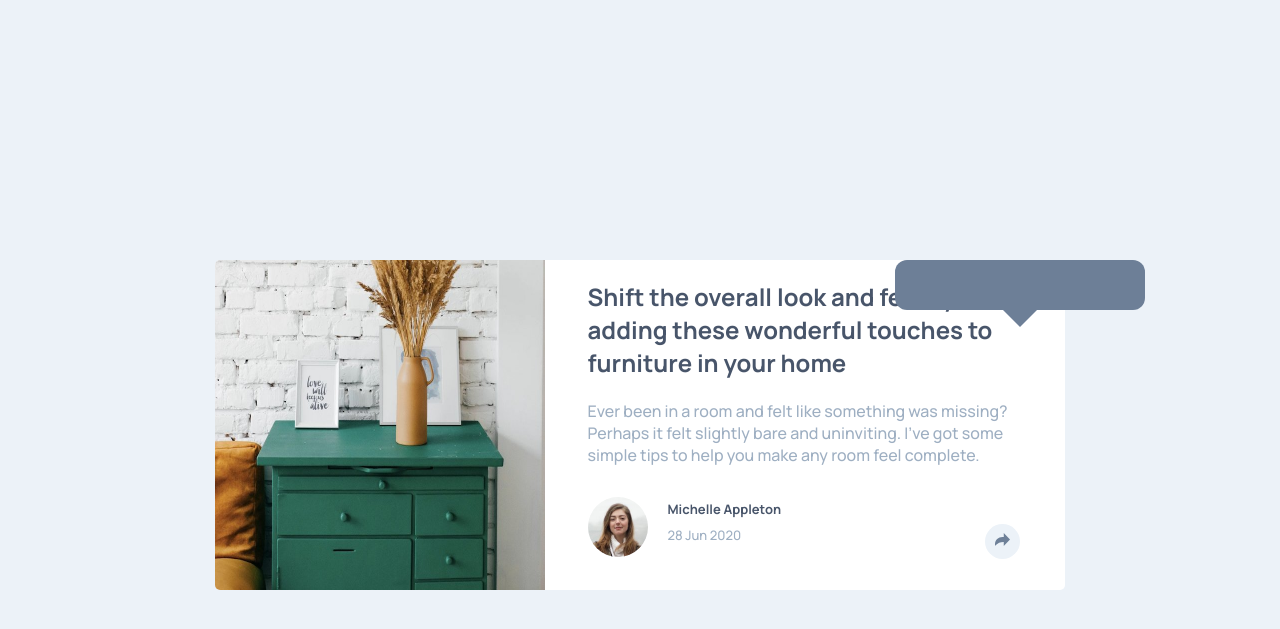
Repository: ricky603/training-css
Page: article-preview-component-master/index.html
An editor plug-in stored every save of this project. The page is shown before and after the next save, followed by the edit.
The browser window is 1280 px wide. The pictures show the whole page.

Above is the page before, as saved 2020-09-09 10:05:49.

### article-preview-component-master/index.html
<!DOCTYPE html>
<html lang="en">

<head>
    <meta charset="UTF-8">
    <meta name="viewport" content="width=device-width, initial-scale=1.0">
    <!-- displays site properly based on user's device -->

    <link rel="icon" type="image/png" sizes="32x32" href="./images/favicon-32x32.png">
    <link rel="stylesheet" href="./styles.css">
    <link href="https://fonts.googleapis.com/css2?family=Manrope:wght@500;700&display=swap" rel="stylesheet">

    <title>Frontend Mentor | Article preview component</title>

    <!-- Feel free to remove these styles or customise in your own stylesheet 👍 -->
</head>

<body>
    <div class="article">
        <div id="image">
            <img src="./images/drawers.jpg" class="drawer">
        </div>

        <div class="post">
            <div class="head">
                <h2>Shift the overall look and feel by adding these wonderful touches to furniture in your home</h2>
            </div>
            <div class="body">
                <p>Ever been in a room and felt like something was missing? Perhaps it felt slightly bare and uninviting. I’ve got some simple tips to help you make any room feel complete.</p>
            </div>
            <div class="avatar">
                <img src="./images/avatar-michelle.jpg" class="profile">
                <div class="profile-name">
                    <p class="name">Michelle Appleton</p>
                    <p class="date">28 Jun 2020</p>
                </div>
            </div>
            <div class="share">
                <img src="./images/icon-share.svg" class="icon">
            </div>
        </div>
        <div class="speech-bubble">

        </div>
    </div>


</body>

</html>

<!--

  Ever been in a room and felt like something was missing? Perhaps
  it felt slightly bare and uninviting. I’ve got some simple tips
  to help you make any room feel complete.

  Michelle Appleton
  28 Jun 2020

  Share -->

### article-preview-component-master/styles.css
body {
    background-color: hsl(210, 46%, 95%);
}

h2 {
    font-family: 'Manrope';
    font-weight: 700;
}

#image {
    display: inline-block;
}

.post {
    position: absolute;
    width: 52%;
    display: inline-block;
    margin: 0% 5% 0% 5%;
}

.body {
    position: relative;
    display: inline-block;
    font-family: 'Manrope';
    color: hsl(212, 23%, 69%);
    bottom: 15px;
}

.head {
    display: inline-block;
    color: hsl(217, 19%, 35%);
}

.article {
    position: fixed;
    width: 850px;
    height: 330px;
    background-color: white;
    margin: auto;
    top: 50%;
    left: 50%;
    margin-top: -100px;
    margin-left: -425px;
    border-radius: 5px;
}

.drawer {
    width: 330px;
    height: 330px;
    border-radius: 5px 0 0 5px;
}

.attribution {
    font-size: 11px;
    text-align: center;
}

.attribution a {
    color: hsl(228, 45%, 44%);
}

.avatar {
    display: inline-block;
    margin-bottom: 100%;
}

.profile {
    height: 30%;
    width: 30%;
    border-radius: 100%;
    float: left;
    margin-right: 10%;
}

.profile-name {
    position: relative;
    width: 200px;
    bottom: 10px;
}

.name {
    font-family: 'Manrope';
    font-weight: 700;
    font-size: 13px;
    color: hsl(217, 19%, 35%);
}

.date {
    position: relative;
    bottom: 5px;
    font-family: 'Manrope';
    font-size: 13px;
    color: hsl(212, 23%, 69%);
}

.share {
    display: inline-block;
    position: absolute;
    left: 90%;
    top: 35%;
    background-color: hsl(210, 46%, 95%);
    width: 35px;
    height: 35px;
    border-radius: 100%;
}

.icon {
    position: absolute;
    margin: 27%;
}

.speech-bubble {
    display: inline-block;
    position: absolute;
    background: hsl(214, 17%, 51%);
    width: 250px;
    height: 50px;
    border-radius: 12px;
    left: 80%;
}

.speech-bubble:after {
    content: '';
    position: absolute;
    bottom: 0;
    left: 50%;
    width: 0;
    height: 0;
    border: 17px solid transparent;
    border-top-color: hsl(214, 17%, 51%);
    border-bottom: 0;
    margin-left: -17px;
    margin-bottom: -17px;
}

After the next save:
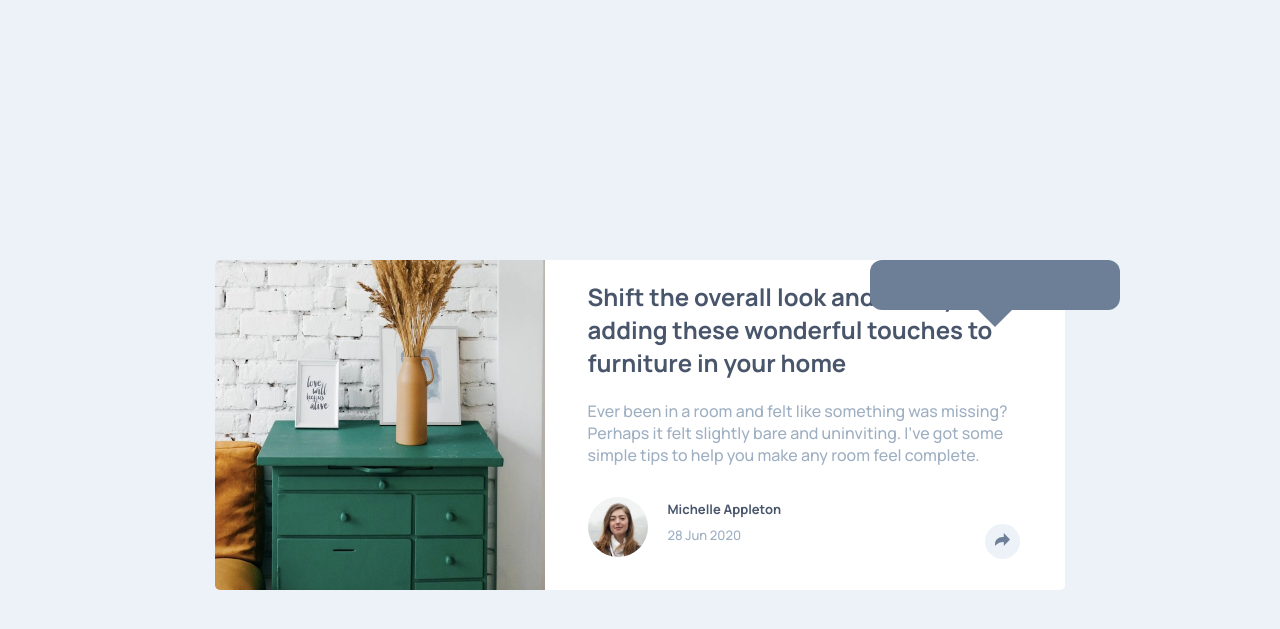
Saved 6 s later.
--- a/article-preview-component-master/styles.css
+++ b/article-preview-component-master/styles.css
@@ -116,7 +116,7 @@ h2 {
     width: 250px;
     height: 50px;
     border-radius: 12px;
-    left: 80%;
+    left: 77%;
 }
 
 .speech-bubble:after {
